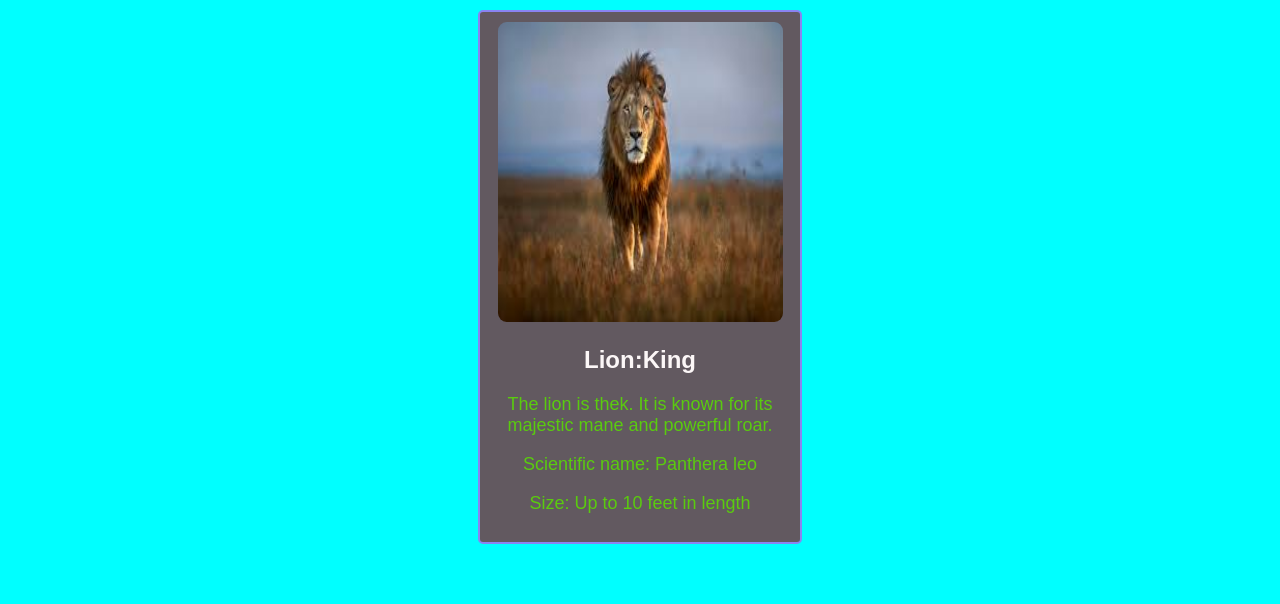
Repository: KingBoyMaylow/Animal-trading-card
Page: index.html
These files come from the project's save history. The page is drawn as it stood at one moment and after the next save; the edit follows.
The browser window is 1280 px wide. The pictures show the whole page.

Above is the page before, as saved 2024-05-13 22:18:08.

After the next save:
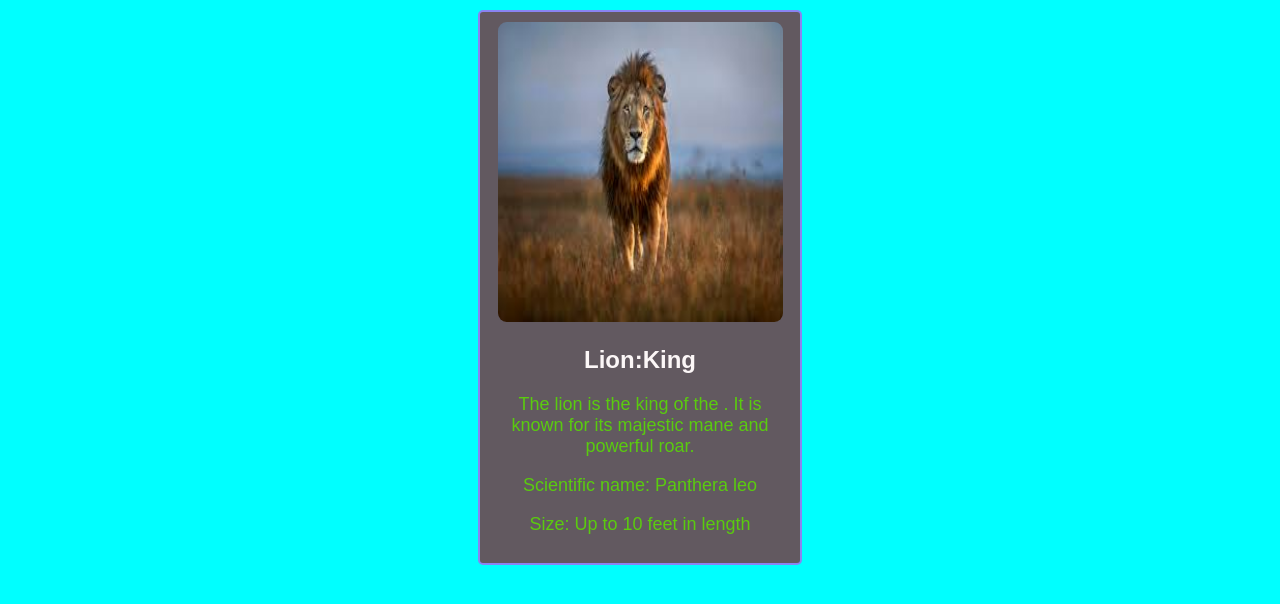
Saved 8 s later.
--- a/index.html
+++ b/index.html
@@ -38,7 +38,7 @@
     <div class="card">
         <img src="lion.jpeg" alt="Lion">
         <h2>Lion:King</h2>
-        <p>The lion is thek. It is known for its majestic mane and powerful roar.</p>
+        <p>The lion is the king of the . It is known for its majestic mane and powerful roar.</p>
         <p>Scientific name: Panthera leo</p>
         <p>Size: Up to 10 feet in length</p>
 
